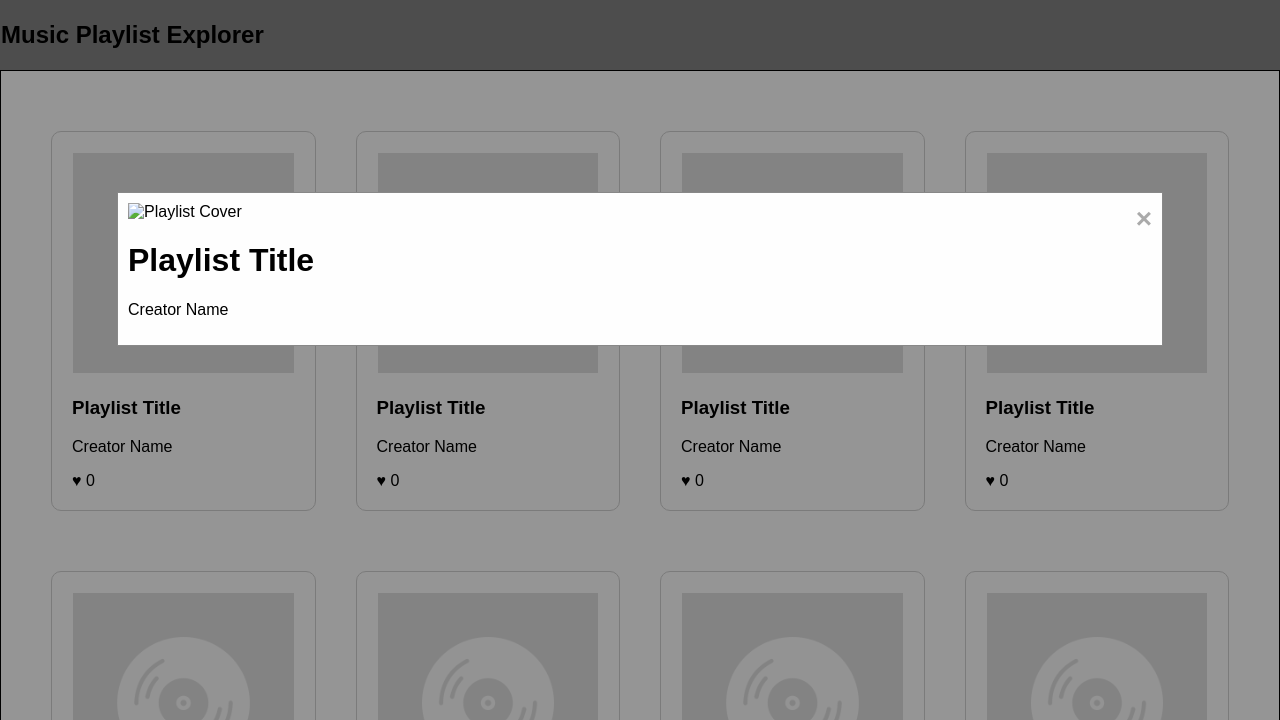
Repository: valentinaarojas/music-player-explorer
Page: index.html
The author's editor kept a copy of each file at every save. The page is drawn from the files as they stood at one save, then again after the next save.
The browser window is 1280 px wide. The pictures show the window.
A layer covers the whole window, so only the first screen is drawn.

Above is the page before, as saved 2025-02-19 18:55:23.

### index.html
<!DOCTYPE html>
<html lang="en">
<head>
    <meta charset="UTF-8">
    <meta name="viewport" content="width=device-width, initial-scale=1.0">

    <title>Music Playlist Explorer</title>
    <link rel="icon" type="image/x-icon" href="/images/favicon.ico">

    <link rel="stylesheet" href="style.css">
</head>
<body>
    <header>
        <!-- Your header content here -->
        <div class="banner">
            <h2>Music Playlist Explorer</h2>
        </div>
    </header>

    <main>
        <!-- Your main content here -->
        <div class="playlist-cards">
            <!-- card 1 -->
            <div class="playlist-card">
                <div class="playlist-cover">
                    <img src="assets/img/playlist.png" alt="placeholder" style="width: 100%">
                </div>
                <div class="playlist-info">
                    <h3 class="playlist-title">Playlist Title</h3>
                    <p class="creator-info">Creator Name</p>
                    <div class="like-count">
                        <span>♥</span>
                        <span>0</span>
                    </div>
                </div>
            </div>
            <!-- card 2 -->
            <div class="playlist-card">
                <div class="playlist-cover">
                    <img src="assets/img/playlist.png" alt="placeholder" style="width: 100%">
                </div>
                <div class="playlist-info">
                    <h3 class="playlist-title">Playlist Title</h3>
                    <p class="creator-info">Creator Name</p>
                    <div class="like-count">
                        <span>♥</span>
                        <span>0</span>
                    </div>
                </div>
            </div>
            <!-- card 3 -->
            <div class="playlist-card">
                <div class="playlist-cover">
                    <img src="assets/img/playlist.png" alt="placeholder" style="width: 100%">
                </div>
                <div class="playlist-info">
                    <h3 class="playlist-title">Playlist Title</h3>
                    <p class="creator-info">Creator Name</p>
                    <div class="like-count">
                        <span>♥</span>
                        <span>0</span>
                    </div>
                </div>
            </div>
            <!-- card 4 -->
            <div class="playlist-card">
                <div class="playlist-cover">
                    <img src="assets/img/playlist.png" alt="placeholder" style="width: 100%">
                </div>
                <div class="playlist-info">
                    <h3 class="playlist-title">Playlist Title</h3>
                    <p class="creator-info">Creator Name</p>
                    <div class="like-count">
                        <span>♥</span>
                        <span>0</span>
                    </div>
                </div>
            </div>
            <!-- card 5 -->
            <div class="playlist-card">
                <div class="playlist-cover">
                    <img src="assets/img/playlist.png" alt="placeholder" style="width: 100%">
                </div>
                <div class="playlist-info">
                    <h3 class="playlist-title">Playlist Title</h3>
                    <p class="creator-info">Creator Name</p>
                    <div class="like-count">
                        <span>♥</span>
                        <span>0</span>
                    </div>
                </div>
            </div>
            <!-- card 6 -->
            <div class="playlist-card">
                <div class="playlist-cover">
                    <img src="assets/img/playlist.png" alt="placeholder" style="width: 100%">
                </div>
                <div class="playlist-info">
                    <h3 class="playlist-title">Playlist Title</h3>
                    <p class="creator-info">Creator Name</p>
                    <div class="like-count">
                        <span>♥</span>
                        <span>0</span>
                    </div>
                </div>
            </div>
             <!-- card 7 -->
             <div class="playlist-card">
                <div class="playlist-cover">
                    <img src="assets/img/playlist.png" alt="placeholder" style="width: 100%">
                </div>
                <div class="playlist-info">
                    <h3 class="playlist-title">Playlist Title</h3>
                    <p class="creator-info">Creator Name</p>
                    <div class="like-count">
                        <span>♥</span>
                        <span>0</span>
                    </div>
                </div>
            </div>
             <!-- card 8 -->
             <div class="playlist-card">
                <div class="playlist-cover">
                    <img src="assets/img/playlist.png" alt="placeholder" style="width: 100%">
                </div>
                <div class="playlist-info">
                    <h3 class="playlist-title">Playlist Title</h3>
                    <p class="creator-info">Creator Name</p>
                    <div class="like-count">
                        <span>♥</span>
                        <span>0</span>
                    </div>
                </div>
            </div>
        </div>
    </main>

    <!-- modal structure -->
    <div class="modal-overlay">
        <div class="modal-content">
            <span class="close">&times;</span>
            <img id="modal-playlist-image" src="" alt="Playlist Cover">
            <h1 id="modal-playlist-title">Playlist Title</h1>
            <p id="modal-creator-name">Creator Name</p>
            <div id="songs-list">
                <!-- songs will be dynamically inserted here -->
            </div>
        </div>
    </div>



    <footer>
        <!-- Your footer content here -->
    </footer>
    <script src="data/data.js"></script>
    <script src="script.js"></script>
</body>
</html>

### style.css
body {
    font-family: 'Arial', sans-serif;
    margin: 0;
    left: 0;
    right: 0;
    padding: 0;
    background-color: #f8f8f8;
    width: 100%;
}

.banner {
    background-color: grey;
    padding: 1px;
}

.playlist-cards {
    display: grid;
    grid-template-columns: repeat(4, 1fr);
    padding: 30px;
    border: 1px solid rgb(0, 0, 0);
}

.playlist-card {
    padding: 20px;
    margin: 30px 20px;
    border-radius: 10px;
    border: 1px solid #ccc;
}

.playlist-cover {
    padding: 1px;
}

.modal-overlay {
    /*display: none; /* Hidden by default */
    position: fixed; /* Stay in place */
    z-index: 1; /* Sit on top */
    left: 0;
    top: 0;
    width: 100%; /* Full width */
    height: 100%; /* Full height */
    overflow: auto; /* Enable scroll if needed */
    background-color: rgba(0,0,0,0.4); /* Black w/ opacity */
 }
 .modal-content {
    background-color: #fefefe;
    margin: 15% auto; /* 15% from the top and centered */
    padding: 10px;
    border: 1px solid #888;
    width: 80%; /* Could be more or less, depending on screen size */
 }
 .close {
    color: #aaa;
    float: right;
    font-size: 28px;
    font-weight: bold;
 }
 .close:hover,
 .close:focus {
    color: black;
    text-decoration: none;
    cursor: pointer;
 }

footer {
    background-color: grey;
    padding: 30px;
    width: 100%;
}

### data/data.js
let data = { "playlists": [
    {
      "playlistID": 0,
      "playlist_name": "Late Night Drive",
      "playlist_creator": "Melody Maven",
      "playlist_art": "https://picsum.photos/id/36/200",
      "likeCount": 0,
      "songs": [
        {
          "songID": 0,
          "title": "Nightcall",
          "artist": "Kavinsky",
          "album": "Nightcall",
          "cover_art": "https://picsum.photos/id/43/200",
          "duration": "4:18"
        },
        {
          "songID": 1,
          "title": "Drive",
          "artist": "The Cars",
          "album": "Heartbeat City",
          "cover_art": "https://picsum.photos/id/45/200",
          "duration": "3:55"
        },
        {
          "songID": 2,
          "title": "Cruisin'",
          "artist": "Smokey Robinson",
          "album": "One Heartbeat",
          "cover_art": "https://picsum.photos/id/88/200",
          "duration": "4:30"
        },
        {
          "songID": 3,
          "title": "Night Moves",
          "artist": "Bob Seger",
          "album": "Night Moves",
          "cover_art": "https://picsum.photos/id/84/200",
          "duration": "5:25"
        },
        {
          "songID": 4,
          "title": "Moonlight Drive",
          "artist": "The Doors",
          "album": "Strange Days",
          "cover_art": "https://picsum.photos/id/122/200",
          "duration": "3:04"
        }
      ]
    },
    {
      "playlistID": 1,
      "playlist_name": "That Summer '16 Feeling",
      "playlist_creator": "Groove Guardian",
      "playlist_art": "https://picsum.photos/id/117/200",
      "likeCount": 10,
      "songs": [
        {
          "songID": 5,
          "title": "One Dance",
          "artist": "Drake",
          "album": "Views",
          "cover_art": "https://picsum.photos/id/21/200",
          "duration": "2:53"
        },
        {
          "songID": 6,
          "title": "Cheap Thrills",
          "artist": "Sia",
          "album": "This Is Acting",
          "cover_art": "https://picsum.photos/id/56/200",
          "duration": "3:31"
        },
        {
          "songID": 7,
          "title": "Don't Let Me Down",
          "artist": "The Chainsmokers ft. Daya",
          "album": "Collage",
          "cover_art": "https://picsum.photos/id/145/200",
          "duration": "3:28"
        },
        {
          "songID": 8,
          "title": "This Is What You Came For",
          "artist": "Calvin Harris ft. Rihanna",
          "album": "This Is What You Came For",
          "cover_art": "https://picsum.photos/id/160/200",
          "duration": "3:42"
        },
        {
          "songID": 9,
          "title": "Ride",
          "artist": "Twenty One Pilots",
          "album": "Blurryface",
          "cover_art": "https://picsum.photos/id/133/200",
          "duration": "3:34"
        }
      ]
    },
    {
      "playlistID": 2,
      "playlist_name": "Workout Beats",
      "playlist_creator": "Harmony Herald",
      "playlist_art": "https://picsum.photos/id/1077/200",
      "likeCount": 2,
      "songs": [
        {
          "songID": 10,
          "title": "Eye of the Tiger",
          "artist": "Survivor",
          "album": "Eye of the Tiger",
          "cover_art": "https://picsum.photos/id/593/200",
          "duration": "4:05"
        },
        {
          "songID": 11,
          "title": "Stronger",
          "artist": "Kanye West",
          "album": "Graduation",
          "cover_art": "https://picsum.photos/id/169/200",
          "duration": "5:12"
        },
        {
          "songID": 12,
          "title": "Lose Yourself",
          "artist": "Eminem",
          "album": "8 Mile Soundtrack",
          "cover_art": "https://picsum.photos/id/171/200",
          "duration": "5:26"
        },
        {
          "songID": 13,
          "title": "Uptown Funk",
          "artist": "Mark Ronson ft. Bruno Mars",
          "album": "Uptown Special",
          "cover_art": "https://picsum.photos/id/274/200",
          "duration": "4:30"
        },
        {
          "songID": 14,
          "title": "Can't Stop the Feeling!",
          "artist": "Justin Timberlake",
          "album": "Trolls (Original Motion Picture Soundtrack)",
          "cover_art": "https://picsum.photos/id/304/200",
          "duration": "3:56"
        }
      ]
    },
    {
      "playlistID": 3,
      "playlist_name": "Road Trip Anthems",
      "playlist_creator": "Playlist Pioneer",
      "playlist_art": "https://picsum.photos/id/314/200",
      "likeCount": 5,
      "songs": [
        {
          "songID": 15,
          "title": "Life Is a Highway",
          "artist": "Tom Cochrane",
          "album": "Mad Mad World",
          "cover_art": "https://picsum.photos/id/352/200",
          "duration": "4:26"
        },
        {
          "songID": 16,
          "title": "Born to Run",
          "artist": "Bruce Springsteen",
          "album": "Born to Run",
          "cover_art": "https://picsum.photos/id/361/200",
          "duration": "4:30"
        },
        {
          "songID": 17,
          "title": "Take It Easy",
          "artist": "Eagles",
          "album": "Eagles",
          "cover_art": "https://picsum.photos/id/365/200",
          "duration": "3:31"
        },
        {
          "songID": 18,
          "title": "Route 66",
          "artist": "Chuck Berry",
          "album": "Get Your Kicks on Route 66",
          "cover_art": "https://picsum.photos/id/371/200",
          "duration": "2:53"
        },
        {
          "songID": 19,
          "title": "On the Road Again",
          "artist": "Willie Nelson",
          "album": "Honeysuckle Rose",
          "cover_art": "https://picsum.photos/id/382/200",
          "duration": "2:33"
        }
      ]
    },
    {
      "playlistID": 4,
      "playlist_name": "Boss Chick Energy",
      "playlist_creator": "Tempo Tactician",
      "playlist_art": "https://picsum.photos/id/449/200",
      "likeCount": 0,
      "songs": [
        {
          "songID": 20,
          "title": "Run the World (Girls)",
          "artist": "Beyoncé",
          "album": "4",
          "cover_art": "https://picsum.photos/id/550/200",
          "duration": "3:56"
        },
        {
          "songID": 21,
          "title": "I'm Every Woman",
          "artist": "Chaka Khan",
          "album": "Chaka",
          "cover_art": "https://picsum.photos/id/646/200",
          "duration": "4:07"
        },
        {
          "songID": 22,
          "title": "Independent Women, Pt. 1",
          "artist": "Destiny's Child",
          "album": "Survivor",
          "cover_art": "https://picsum.photos/id/660/200",
          "duration": "3:41"
        },
        {
          "songID": 23,
          "title": "Confident",
          "artist": "Demi Lovato",
          "album": "Confident",
          "cover_art": "https://picsum.photos/id/680/200",
          "duration": "3:25"
        },
        {
          "songID": 24,
          "title": "Feeling Myself",
          "artist": "Nicki Minaj ft. Beyoncé",
          "album": "The Pinkprint",
          "cover_art": "https://picsum.photos/id/822/200",
          "duration": "3:57"
        }
      ]
    },
    {
      "playlistID": 5,
      "playlist_name": "Rainy Nights",
      "playlist_creator": "Sonic Sage",
      "playlist_art": "https://picsum.photos/id/115/200",
      "likeCount": 24,
      "songs": [
        {
          "songID": 25,
          "title": "Purple Rain",
          "artist": "Prince",
          "album": "Purple Rain",
          "cover_art": "https://picsum.photos/id/123/200",
          "duration": "8:41"
        },
        {
          "songID": 26,
          "title": "November Rain",
          "artist": "Guns N' Roses",
          "album": "Use Your Illusion I",
          "cover_art": "https://picsum.photos/id/171/200",
          "duration": "8:57"
        },
        {
          "songID": 27,
          "title": "Riders on the Storm",
          "artist": "The Doors",
          "album": "L.A. Woman",
          "cover_art": "https://picsum.photos/id/172/200",
          "duration": "7:14"
        },
        {
          "songID": 28,
          "title": "I Can't Stand the Rain",
          "artist": "Ann Peebles",
          "album": "I Can't Stand the Rain",
          "cover_art": "https://picsum.photos/id/178/200",
          "duration": "2:31"
        },
        {
          "songID": 29,
          "title": "Set Fire to the Rain",
          "artist": "Adele",
          "album": "21",
          "cover_art": "https://picsum.photos/id/680/200",
          "duration": "4:02"
        }
      ]
    },
    {
      "playlistID": 6,
      "playlist_name": "90's R&B",
      "playlist_creator": "Vinyl Virtuoso",
      "playlist_art": "https://picsum.photos/id/815/200",
      "likeCount": 3,
      "songs": [
        {
          "songID": 30,
          "title": "No Diggity",
          "artist": "Blackstreet ft. Dr. Dre",
          "album": "Another Level",
          "cover_art": "https://picsum.photos/id/856/200",
          "duration": "5:06"
        },
        {
          "songID": 31,
          "title": "Waterfalls",
          "artist": "TLC",
          "album": "CrazySexyCool",
          "cover_art": "https://picsum.photos/id/871/200",
          "duration": "4:39"
        },
        {
          "songID": 32,
          "title": "Creep",
          "artist": "TLC",
          "album": "CrazySexyCool",
          "cover_art": "https://picsum.photos/id/891/200",
          "duration": "4:29"
        },
        {
          "songID": 33,
          "title": "On Bended Knee",
          "artist": "Boyz II Men",
          "album": "II",
          "cover_art": "https://picsum.photos/id/1013/200",
          "duration": "4:05"
        },
        {
          "songID": 34,
          "title": "Fantasy",
          "artist": "Mariah Carey",
          "album": "Daydream",
          "cover_art": "https://picsum.photos/id/1014/200",
          "duration": "4:04"
        }
      ]
    },
    {
      "playlistID": 7,
      "playlist_name": "Nothing But The Classics",
      "playlist_creator": "Melody Maven",
      "playlist_art": "https://picsum.photos/id/22/200",
      "likeCount": 3,
      "songs": [
        {
          "songID": 35,
          "title": "Bohemian Rhapsody",
          "artist": "Queen",
          "album": "A Night at the Opera",
          "cover_art": "https://picsum.photos/id/39/200",
          "duration": "5:55"
        },
        {
          "songID": 36,
          "title": "Hotel California",
          "artist": "Eagles",
          "album": "Hotel California",
          "cover_art": "https://picsum.photos/id/57/200",
          "duration": "6:30"
        },
        {
          "songID": 37,
          "title": "Stairway to Heaven",
          "artist": "Led Zeppelin",
          "album": "Led Zeppelin IV",
          "cover_art": "https://picsum.photos/id/221/200",
          "duration": "8:02"
        },
        {
          "songID": 38,
          "title": "Sweet Child o' Mine",
          "artist": "Guns N' Roses",
          "album": "Appetite for Destruction",
          "cover_art": "https://picsum.photos/id/822/200",
          "duration": "5:55"
        },
        {
          "songID": 39,
          "title": "Imagine",
          "artist": "John Lennon",
          "album": "Imagine",
          "cover_art": "https://picsum.photos/id/823/200",
          "duration": "3:04"
        }
      ]
    },
    {
      "playlistID": 8,
      "playlist_name": "Ohh That Baseline",
      "playlist_creator": "Bassline Buddy",
      "playlist_art": "https://picsum.photos/id/836/200",
      "likeCount": 0,
      "songs": [
        {
          "songID": 40,
          "title": "Another One Bites the Dust",
          "artist": "Queen",
          "album": "The Game",
          "cover_art": "https://picsum.photos/id/839/200",
          "duration": "3:36"
        },
        {
          "songID": 41,
          "title": "Billie Jean",
          "artist": "Michael Jackson",
          "album": "Thriller",
          "cover_art": "https://picsum.photos/id/903/200",
          "duration": "4:54"
        },
        {
          "songID": 42,
          "title": "Superstition",
          "artist": "Stevie Wonder",
          "album": "Talking Book",
          "cover_art": "https://picsum.photos/id/978/200",
          "duration": "4:26"
        },
        {
          "songID": 43,
          "title": "Smooth Criminal",
          "artist": "Michael Jackson",
          "album": "Bad",
          "cover_art": "https://picsum.photos/id/1004/200",
          "duration": "4:17"
        },
        {
          "songID": 44,
          "title": "Money for Nothing",
          "artist": "Dire Straits",
          "album": "Brothers in Arms",
          "cover_art": "https://picsum.photos/id/1025/200",
          "duration": "8:26"
        }
      ]
    }
  ]
}

### script.js
var modal = document.querySelector(".modal-overlay");
var span = document.querySelector(".close");

function openModal(data) {
   document.getElementById('modal-playlist-image').src = data.playlist_art;
   document.getElementById('modal-playlist-title').innerText = data.playlist_name;
   document.getElementById('modal-creator-name').innerText = data.playlist_creator;
   modal.style.display = "block";
}

span.onclick = function() {
   modal.style.display = "none";
}
window.onclick = function(event) {
   if (event.target == modal) {
      modal.style.display = "none";
   }
}

After the next save:
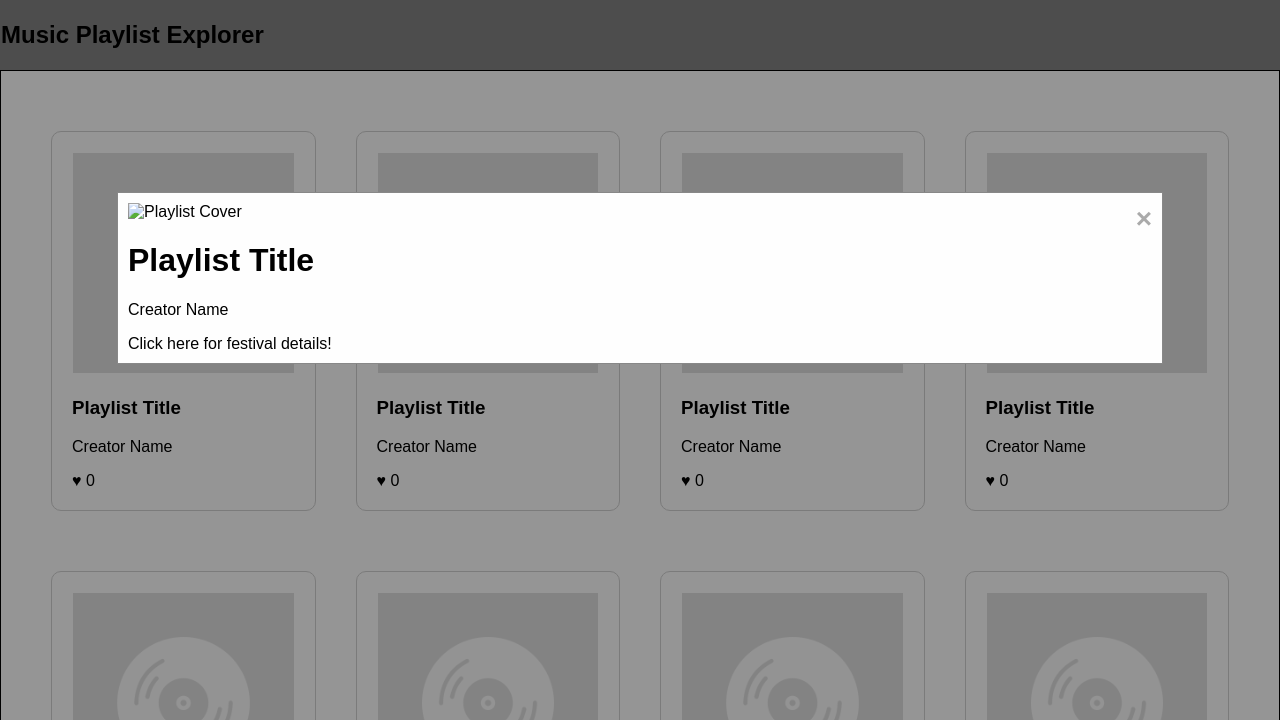
Console error (its wording comes from the project's code and is left out).
Saved 5 s later.
--- a/index.html
+++ b/index.html
@@ -144,6 +144,9 @@
             <p id="modal-creator-name">Creator Name</p>
             <div id="songs-list">
                 <!-- songs will be dynamically inserted here -->
+                <div onclick="openModal({name: 'Summer Beats Festival', imageUrl: 'path/to/festival.jpg', dates: 'July 15-17', location: 'Downtown Park', lineup: ['Artist A', 'Artist B']">
+                    Click here for festival details!
+                 </div>
             </div>
         </div>
     </div>
